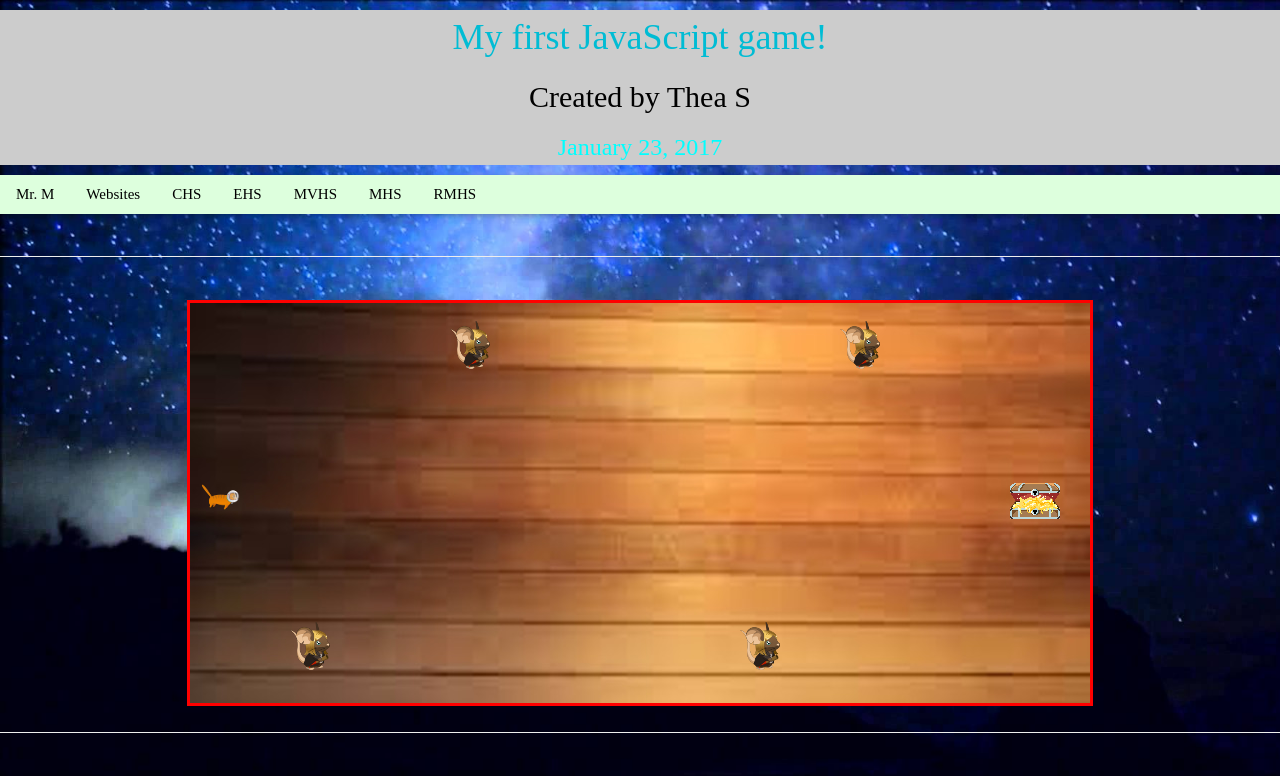
Repository: m-rabbit/b1_sukianto_code
Page: websites/Final/index.html
These files come from the project's save history. The page is drawn as it stood at one moment and after the next save; the edit follows.
The browser window is 1280 px wide. The pictures show the whole page.
Some web fonts or font styles are not loaded; a fallback is used.

Above is the page before, as saved 2017-01-23 15:48:27.

### websites/Final/index.html
<!DOCTYPE html>
<html>
	<head>
		<title>Final Project</title>
		<style>
			canvas {
				border: 3px solid red;
			}
		</style>
		<link rel="stylesheet" type="text/css" href="css/w3.css">
		<link href="https://fonts.googleapis.com/css?family=Lobster" rel="stylesheet">
		<link rel="stylesheet" type="text/css" href="css/main.css">
	</head>
	<body>
	<div id="head">
		<h1>My first JavaScript game!</h1>
		<h2>Created by Thea S</h2>
		<h3>January 23, 2017</h3>
	</div>
		<ul class="w3-navbar w3-card-2 w3-pale-green">
			<li>
				<a href="../../index.html">Mr. M</a>
			</li>

			<li class="w3-dropdown-hover w3-hover-aqua">
				<a class="w3-hover-cyan" href="#">Websites<i class="fa fa-caret-down"></i></a>
				<div class="w3-dropdown-content w3-white w3-card-4">
					<a href="http://google.com">Google</a>
					<a href="#">Add link here</a>
					<a href="#">Add link here</a>
				</div>
			</li>

			<li class="w3-dropdown-hover w3-hover-aqua">
				<a class="w3-hover-cyan" href="#">CHS <i class="fa fa-caret-down"></i></a>
				<div class="w3-dropdown-content w3-white w3-card-4">
					<a href="../nuge/index.html">Jonathon N</a>
					<a href="../dans/index.html">Dallin D</a>
					<a href="../lars/index.html">Ben L</a>
					<a href="../wa/index.html">Logan W</a>
					<a href="../suki/index.html">Thea S</a>
					<a href="../flet/index.html">Porter F</a>
					<a href="../sche/index.html">Zachary S</a>
				</div>
			</li>

			<li class="w3-dropdown-hover w3-hover-aqua">
				<a class="w3-hover-cyan" href="#">EHS <i class="fa fa-caret-down"></i></a>
				<div class="w3-dropdown-content w3-white w3-card-4">
					<a href="../hous/index.html">John H</a>
					<a href="../helm/index.html">Tanner H</a>
				</div>
			</li>

			<li class="w3-dropdown-hover w3-hover-aqua">
				<a class="w3-hover-cyan" href="#">MVHS <i class="fa fa-caret-down"></i></a>
				<div class="w3-dropdown-content w3-white w3-card-4">
					<a href="../powe/index.html">Mason P</a>
					<a href="../moor/index.html">Joseph M</a>
					<a href="../kosk/index.html">Chase KD</a>
					<a href="../bens/index.html">Gavin B</a>
					<a href="../fern/index.html">Justin F</a>
					<a href="../gron/index.html">Ethan G</a>
					<a href="../hoag/index.html">Austin H</a>
				</div>
			</li>

			<li class="w3-dropdown-hover w3-hover-aqua">
				<a class="w3-hover-cyan" href="#">MHS <i class="fa fa-caret-down"></i></a>
				<div class="w3-dropdown-content w3-white w3-card-4">
					<a href="../tra/index.html">Kien T</a>
				</div>
			</li>

			<li class="w3-dropdown-hover w3-hover-aqua">
				<a class="w3-hover-cyan" href="#">RMHS <i class="fa fa-caret-down"></i></a>
				<div class="w3-dropdown-content w3-white w3-card-4">
					<a href="../clev/index.html">Michael C</a>
					<a href="../alv/index.html">Ethan A</a>
					<a href="../clem/index.html">Alyse C</a>
					<a href="../ne/index.html">Kyle N</a>
					<a href="../tipp/index.html">Kyle T</a>
				</div>
			</li>

		</ul>

		<br>
		<hr>
		<br>

		<canvas id="myCanvas" width="900" height="400"></canvas>
		<script src="js/game.js">
		</script>

		<br>
		<hr>
		<br>

		<div id="instructions">
			<h1>Instructions</h1>
			<h2>1. Press left mouse button to move</h2>
			<h2>2. Release mouse button to stop</h2>
			<h2>3. Use cellphone to time game, see who is the fastest!</h2>
		</div>
	</body>
</html>

### websites/Final/css/main.css
body {
	background-image: url("../sprites/sky.jpg");
	font-family: 'Lobster', cursive;
	background-size: cover;
	text-align:center;
}

#head {
	background-color: #CCCCCC;
}
h1 {
	color: #00BCD4;
	font-family: 'Lobster', cursive;
}

h2 {
	color: #000000;
	font-family: 'Lobster', cursive;
}

h3 {
	color: #00FFFF;
	font-family: 'Lobster', cursive;
}

#instructions {
	position: fixed;
    /* center the element */
    right: 0;
    left: 0;
    margin-right: auto;
    margin-left: auto;
    /* give it dimensions */
    min-height: 10em;
    width: 900px;
	background-color: #CCCCCC;
}

### websites/Final/js/game.js
window.addEventListener("load", function(){



			var CANVAS_WIDTH = 900;
			var CANVAS_HEIGHT = 400;
			var GAME_WIDTH = 900;
			var GAME_HEIGHT = 360;

			var sprites = {};

			var gameLive = true;

			var enemies = [{
				x : 100,
				y : 100,
				speedY : 1,
				w : 40,
				h : 40,
				downColor: "#0000FF",
				upColor: "#FF0000"
			}, {
				x : 260,
				y : 100,
				speedY : 2,
				w : 40,
				h : 40,
				downColor: "#00FF00",
				upColor: "#0000FF"
			},/* {
				x : 300,
				y : 100,
				speedY : 3,
				w : 40,
				h : 40,
				downColor: "#800000",
				upColor: "#000088"
			}, /*{
				x : 450,
				y : 100,
				speedY : 7,
				w : 40,
				h : 40,
				downColor: "#FF0000",
				upColor: "#00FF00"
			},*/
			{
				x : 550,
				y : 100,
				speedY : 1,
				w : 40,
				h : 40,
				downColor: "#0000FF",
				upColor: "#FF0000"
			}, {
				x : 650,
				y : 100,
				speedY : 2,
				w : 40,
				h : 40,
				downColor: "#00FF00",
				upColor: "#0000FF"
			},/* {
				x : 750,
				y : 100,
				speedY : 3,
				w : 40,
				h : 40,
				downColor: "#800000",
				upColor: "#000088"
			}, /*{
				x : 850,
				y : 100,
				speedY : 7,
				w : 40,
				h : 40,
				downColor: "#FF0000",
				upColor: "#00FF00"
			},*/

			];

			var player = {
				x: 10,
				y: 180,
				speedX: 2,
				w: 40,
				h: 40,
				isMoving: false
			};

			var goal = {
				x: 820,
				y: 180,
				w: 50,
				h: 50

			};

			var movePlayer = function(){
				player.isMoving = true;

			};

			var stopPlayer = function(){
				player.isMoving = false;

			};

			var load = function(){
				sprites.player = new Image();
				sprites.player.src = "sprites/hero.png";
				sprites.goal = new Image();
				sprites.goal.src = "sprites/chest.png";
				sprites.enemy = new Image();
				sprites.enemy.src = "sprites/enemy.png";
				sprites.background = new Image();
				sprites.background.src = "sprites/bg.jpg";
			};

			var checkCollision = function(rect1, rect2){
				var closeOnWidth = Math.abs(rect1.x - rect2.x) <= Math.max(rect1.w, rect2.w);
				var closeOnHeight =Math.abs(rect1.y - rect2.y) <= Math.max(rect1.h, rect2.h);

			return closeOnHeight && closeOnWidth;
			};

			var canvas = document.getElementById("myCanvas");
			var ctx = canvas.getContext("2d");

			canvas.addEventListener("mousedown", movePlayer);
			canvas.addEventListener("mouseup", stopPlayer);




			var update = function() {
				if(checkCollision(player, goal)) {
					gameLive = false;
					alert("You have won the game");
					//later bump up the difficulty
					window.location("");
				};

				var j = 0;
				var n = enemies.length;

				if(player.isMoving) {
					player.x += player.speedX;
				};



				enemies.forEach(function(element, index) {
					element.y += element.speedY;

				//test for collision between player and each enemy
				if(checkCollision(player, element)) {
					gameLive = false;
					alert('Game Over');
					window.location = "";
				}
					if (element.y >= GAME_HEIGHT) {
						element.y = GAME_HEIGHT;
						element.speedY *= -1;
					}
					else if (element.y <= 0) {
						element.y = 0;
						element.speedY *= -1;
					}
				});
				/*while (j < n) {
					enemies[j].y = enemies[j].y + enemies[j].speedY;
					if (enemies[j].y >= GAME_HEIGHT) {
						enemies[j].y = GAME_HEIGHT;
						enemies[j].speedY *= -1;
					}
					else if (enemies[j].y <= 0) {
						enemies[j].y = 0;
						enemies[j].speedY *= -1;
					}
					j++;
				} */
			};

			var draw = function() {
				ctx.clearRect(0, 0, CANVAS_WIDTH, CANVAS_HEIGHT);

				//draw background
				ctx.drawImage(sprites.background, 0, 0);

				//draw player
				ctx.drawImage(sprites.player, player.x, player.y);

				//draw treasure chest
				ctx.drawImage(sprites.goal, goal.x, goal.y);

				//ctx.fillStyle = "rgba(128, 128, 0, 0.6)";
				//ctx.fillRect(goal.x, goal.y, goal.w, goal.h);

				//ctx.fillStyle = "#000000";
				//ctx.fillRect(player.x, player.y, player.w, player.h);
				//ctx.fillStyle = "#3333FF";
				enemies.forEach(function(element,index) {
					ctx.drawImage(sprites.enemy, element.x, element.y);
				});
				/*for(var j = 0; j < enemies.length; j++) {
					if (enemies[j].speedY > 0) {
						ctx.fillStyle = enemies[j].downColor;
					}
					else if(enemies[j].speedY < 0) {
						ctx.fillStyle = enemies[j].upColor;
					}
					else {
						ctx.fillStyle = "#000000";
					}
					ctx.fillRect(enemies[j].x, enemies[j].y, enemies[j].w, enemies[j].h);
				}*/

			};
			var step = function() {
				update();
				draw();
				if (gameLive) {
					window.requestAnimationFrame(step);
				}
			};

			load();
			step();

			/*
			 * var j = 0;
				var n = enemies.length;
				while (j < n) {
					if (enemies[j].speedY > 0) {
						ctx.fillStyle = enemies[j].downColor;
					}
					else if(enemies[j].speedY < 0) {
						ctx.fillStyle = enemies[j].upColor;
					}
					else {
						ctx.fillStyle = "#000000";
					}
					ctx.fillRect(enemies[j].x, enemies[j].y, enemies[j].w, enemies[j].h);
					j++;
				}
			 */
			});

Loaded but not shown: websites/Final/css/w3.css (library)

After the next save:
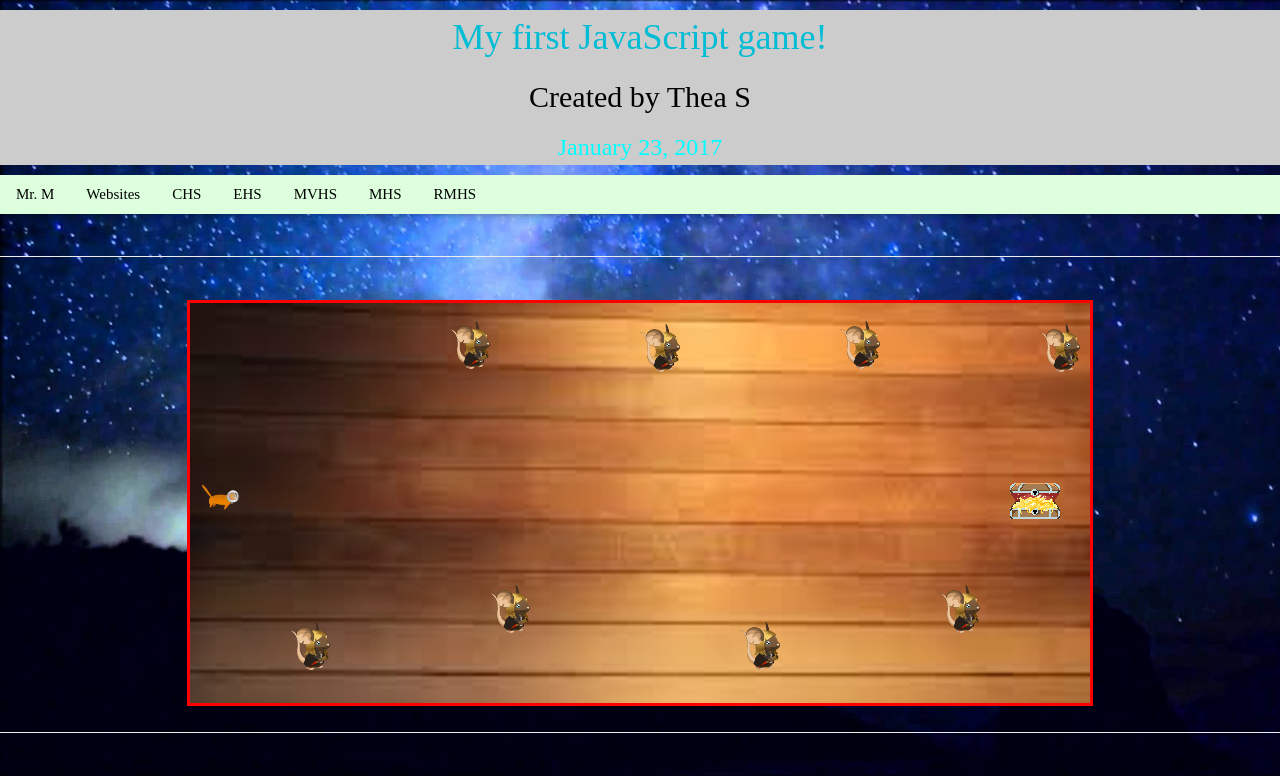
Saved 2 min 38 s later.
--- a/websites/Final/js/game.js
+++ b/websites/Final/js/game.js
@@ -27,7 +27,7 @@ window.addEventListener("load", function(){
 				h : 40,
 				downColor: "#00FF00",
 				upColor: "#0000FF"
-			},/* {
+			}, {
 				x : 300,
 				y : 100,
 				speedY : 3,
@@ -35,7 +35,7 @@ window.addEventListener("load", function(){
 				h : 40,
 				downColor: "#800000",
 				upColor: "#000088"
-			}, /*{
+			}, {
 				x : 450,
 				y : 100,
 				speedY : 7,
@@ -43,7 +43,7 @@ window.addEventListener("load", function(){
 				h : 40,
 				downColor: "#FF0000",
 				upColor: "#00FF00"
-			},*/
+			},
 			{
 				x : 550,
 				y : 100,
@@ -60,7 +60,7 @@ window.addEventListener("load", function(){
 				h : 40,
 				downColor: "#00FF00",
 				upColor: "#0000FF"
-			},/* {
+			},{
 				x : 750,
 				y : 100,
 				speedY : 3,
@@ -68,7 +68,7 @@ window.addEventListener("load", function(){
 				h : 40,
 				downColor: "#800000",
 				upColor: "#000088"
-			}, /*{
+			}, {
 				x : 850,
 				y : 100,
 				speedY : 7,
@@ -76,7 +76,7 @@ window.addEventListener("load", function(){
 				h : 40,
 				downColor: "#FF0000",
 				upColor: "#00FF00"
-			},*/
+			},
 
 			];
 
